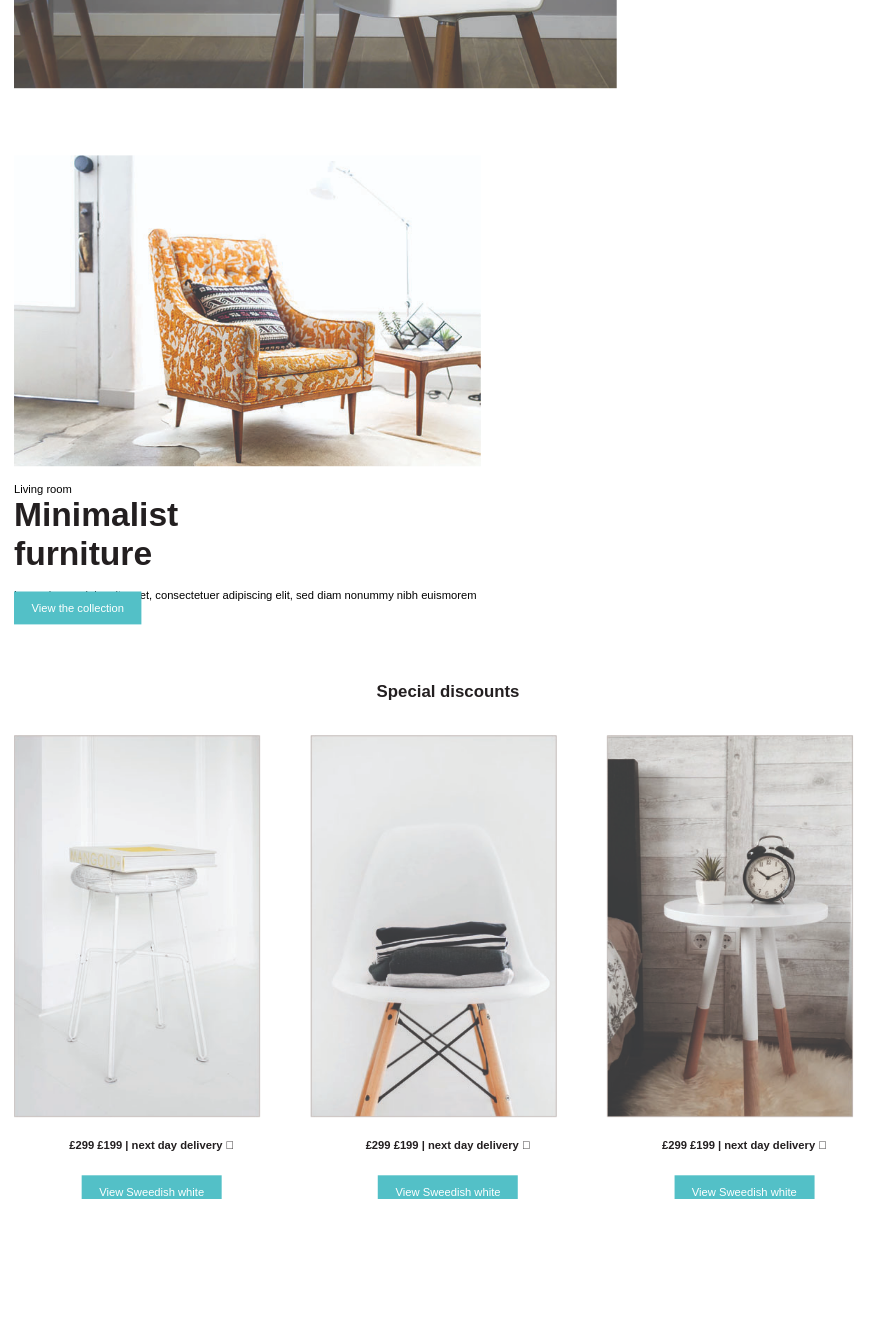
Repository: dinhhaidh/republic-web
Page: index.html
These files come from the project's save history. The page is drawn as it stood at one moment and after a run of saves; the edit follows.
The browser window is 1280 px wide. The pictures show the part of the page from y = 1060 to 2980 px (the page is 2980 px tall before and 2950 px after), at 70% of full size.
Some web fonts or font styles are not loaded; a fallback is used. Some web libraries are served in a nearby version.

Above is the page before, as saved 2024-01-24 18:17:59.

After the next 2 saves:
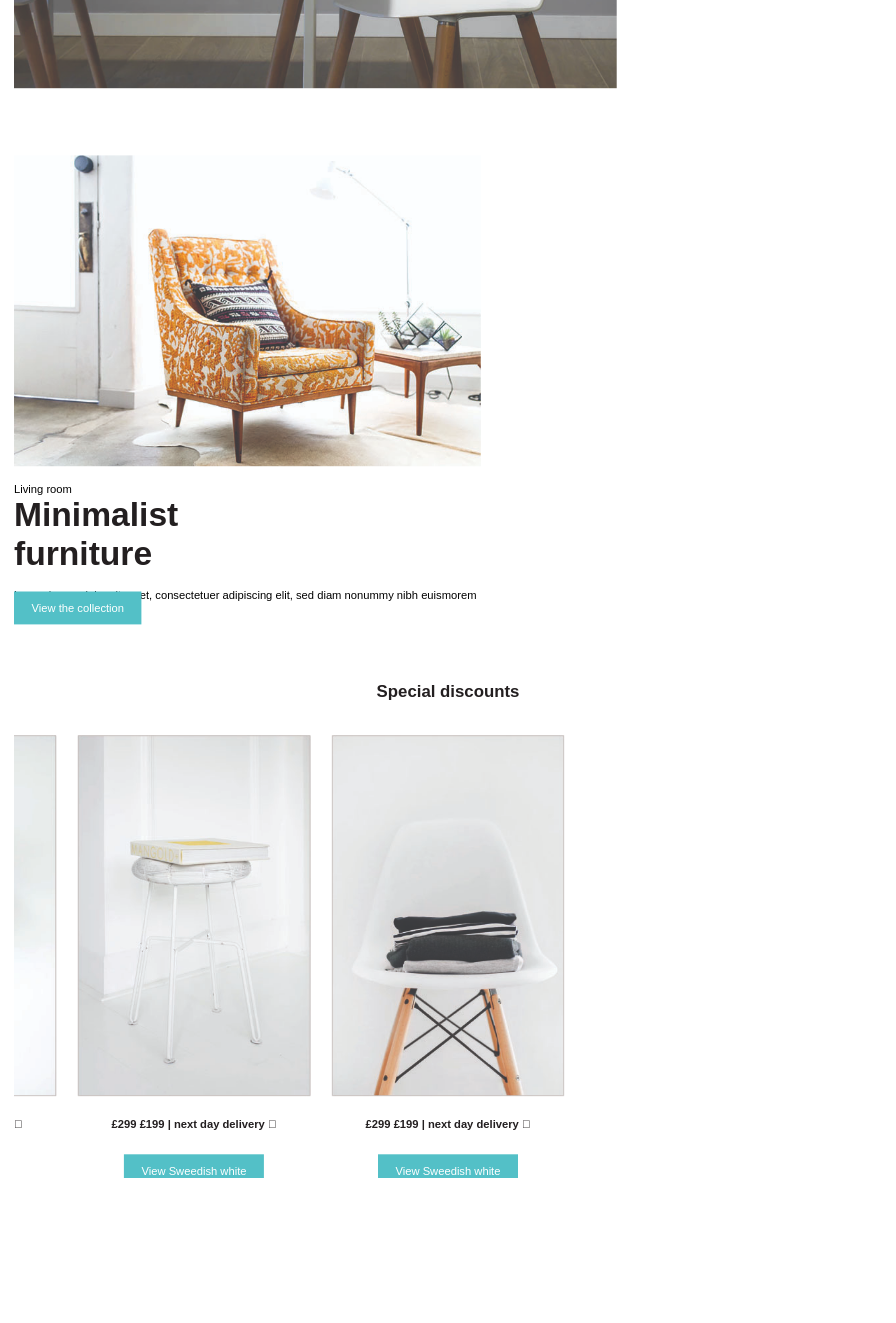
The 2 saves are shown as one change because they came seconds apart.
The last was saved 7 s later.
--- a/js/main.js
+++ b/js/main.js
@@ -41,7 +41,7 @@ var swiper = new Swiper(".lounge__container", {
     slidesPerView: "auto",
     loop: true,
 
-  slidesPerView: 3,
+  slidesPerView: 3.5,
   spaceBetween: 30,
   freeMode: true,
   pagination: {
